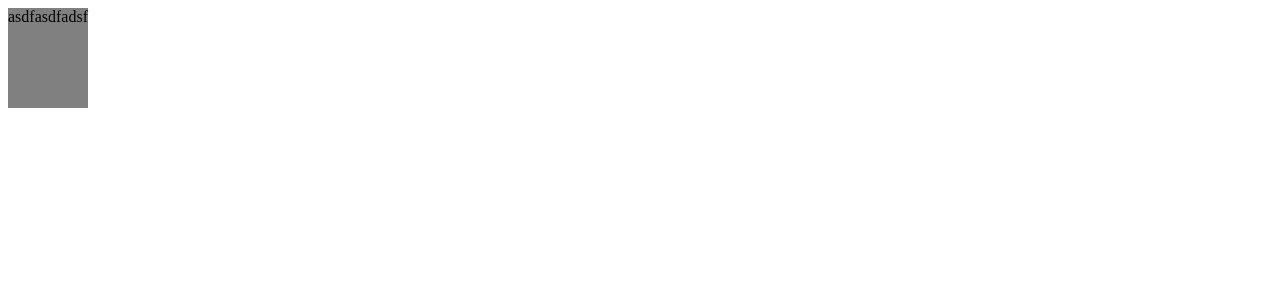
Repository: ervinne13/gg-basic-web-frontend-development
Page: modules/css/long-samples/grid-system-1.html
These files come from the project's save history. The page is drawn as it stood at one moment and after the next save; the edit follows.
The browser window is 1280 px wide. The pictures show the whole page.

Above is the page before, as saved 2019-07-04 17:43:06.

### modules/css/long-samples/grid-system-1.html
<html>
    <head>
        <style>
            .container {
                max-width: 1335px;
                margin: 0 auto;
            }

            .container .row {
                display: flex;
                flex-flow: row wrap;
                justify-content: flex-start;
            }

            /* .container .row .col {
                background-color: grey;
                min-height: 100px;
            } */

            .box {
                background-color: grey;
                width: 100%;
                min-height: 100px;;
            }
        </style>
    </head>
    <body>
        <div class="container">
            <div class="row">
                <div class="col">
                    <div class="box">asdf</div>
                </div>
                <div class="col">
                    <div class="box">asdf</div>
                </div>
                <div class="col">
                    <div class="box">adsf</div>
                </div>
            </div>
        </div>
    </body>
</html>

After the next save:
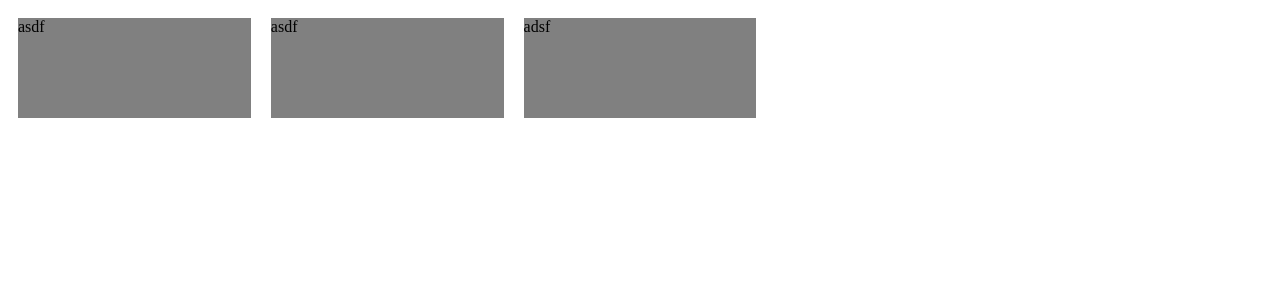
Saved 22 s later.
--- a/modules/css/long-samples/grid-system-1.html
+++ b/modules/css/long-samples/grid-system-1.html
@@ -12,10 +12,15 @@
                 justify-content: flex-start;
             }
 
-            /* .container .row .col {
-                background-color: grey;
-                min-height: 100px;
-            } */
+            .container .row .col {
+                height: 550px;
+                flex-basis: 20%;
+                -ms-flex: auto;
+                width: 259px;
+                position: relative;
+                padding: 10px;
+                box-sizing: border-box;
+            }
 
             .box {
                 background-color: grey;
